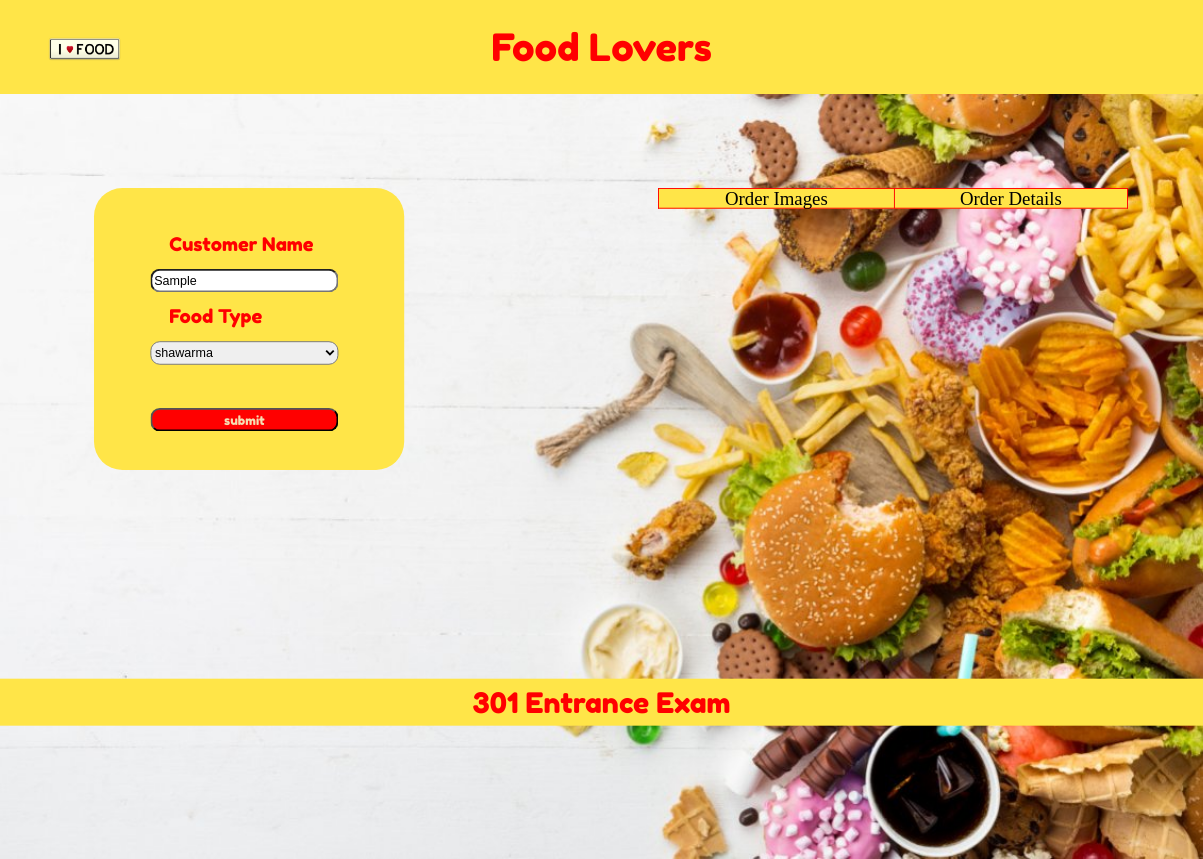
Repository: Razan-am/foodLovers
Page: index.html
An editor plug-in stored every save of this project. The page is shown before and after the next save, followed by the edit.
The browser window is 1280 px wide. The pictures show the whole page, at 94% of full size.
Empty fields were first filled with sample values (such as "Sample", 5 or name@example.com).
After loading, the first visible `#myForm` was submitted once.

Above is the page before, as saved 2021-06-01 12:32:19.

### index.html
<!DOCTYPE html>
<html lang="en">

<head>
    <meta charset="UTF-8">
    <meta http-equiv="X-UA-Compatible" content="IE=edge">
    <meta name="viewport" content="width=device-width, initial-scale=1.0">
    <title>Food Lovers</title>
    <link rel="preconnect" href="https://fonts.gstatic.com">
    <link href="https://fonts.googleapis.com/css2?family=Fredoka+One&display=swap" rel="stylesheet">
    <link rel="stylesheet" href="css/reset.css">
    <link rel="stylesheet" href="css/style.css">
</head>

<body>
    <header>
        <h1>Food Lovers</h1>
        <img src="images/css images/logo.png" alt="logo">
    </header>
    <main>
        <form action="" id="myForm">
            <fieldset>
                <label for="name">Customer Name</label>
                <br/><br/>
                <input type="text" id="name" name="name">
                <br/><br/>
                <label for="food">Food Type</label>
                <br/><br/>
                <select name="food" id="food">
                    <option value="shawarma">shawarma</option>
                    <option value="pizza">pizza</option>
                    <option value="burger">burger</option>
                </select>
                <br/><br/>
                <input type="submit" value="submit">
            </fieldset>
        </form>
        <table id="myTable">
            <tr>
                <th>Order Images</th>
                <th>Order Details</th>
            </tr>
        </table>
        <img src="images/css images/background.jpg" alt="backGround" id="main"/>
    </main>
    <footer>
        <p>301 Entrance Exam </p>
    </footer>
    <script src="js/app.js"></script>
</body>

</html>

### css/style.css
*{
    box-sizing: border-box;
}
header{
    background-color: rgba(255, 229, 72, 255);
    height: 100px;
}
h1{
    font-family: 'Fredoka One', cursive;
    color: red;
    text-align: center;
    font-size: 40px;
    font-weight: lighter;
    padding-top: 30px;
}

header img{
    top: 2px;
    left: 30px;
    position: absolute;
    width: 120px;
    height: 100px;
}
#main{
    top: 50px;
    position: absolute;
    z-index: -1;
    width: 100%;
    height: 120%;
}
form{
    display: inline-block;
    background-color:  rgba(255, 229, 72, 255);
    margin-top: 100px;
    margin-left: 100px;
    width: 330px;
    height: 300px;
    border-radius: 30px;
}
form label{
    top: 50px;
    position: relative;
    padding-left: 80px;
    font-size: 20px;
    color: red;
    font-family: 'Fredoka One', cursive;
}
form input{
    top: 50px;
    position: relative;
    margin-left: 60px;
    width: 200px;
    height: 25px;
    border-radius: 10px;
}
form select{
    top: 50px;
    position: relative;
    margin-left: 60px;
    width: 200px;
    height: 25px;
    border-radius: 10px;
    margin-bottom: 30px;
}
form input:last-of-type{
    background-color: red;
    color: wheat;
    font-family: 'Fredoka One', cursive;
}
table{
    background-color: rgba(255, 229, 72, 255) ;
    top: -300px;
    position: relative;
    margin-left: 700px;
    width: 500px;
    /* border-radius: 10px; */

}
table th{

    margin-top: 20px;
    margin-left: 30px;
    border: 1px solid red;
    font-size: 20px;
    text-align: center;

}
table td{

    border: 1px solid red;
    padding-bottom: 80px;
    background-color: rgb(238, 236, 238);
}
table img{
    width: 90px;
    height: 90px;
    z-index: 1;
    margin-top: 30px;
    margin-left: 30px;

}
table p{
    color: black;
    font-family: 'Fredoka One', cursive;
    margin-top:20px;
    margin-left: 20px;
}
footer{
    background-color: rgba(255, 229, 72, 255);
    height: 50px;
    margin-top: 200px;
}
footer p{
    text-align: center;
    color: red;
    font-size: 30px;
    padding-top: 10px;
    font-family: 'Fredoka One', cursive;
}

### js/app.js
'use strict';

let myForm = document.getElementById('myForm');
let myTable = document.getElementById('myTable');


let mainArr = [];
function Foods(userName, foodType) {
    this.userName = userName;
    this.foodType = foodType;
    this.img = `images/${foodType}.jpg`
    mainArr.push(this);
}
console.log(mainArr);

myForm.addEventListener('submit', handleEvent);
function handleEvent(event) {
    event.preventDefault();

    let userName = event.target.name.value;
    let foodType = event.target.food.value;
    console.log(foodType);
    new Foods(userName, foodType);
    setting();
    render();

}

function randomNumber(min, max) {
    min = Math.ceil(min);
    max = Math.floor(max);
    return Math.floor(Math.random() * (max - min) + min)
}

function render() {
    let tableBody = document.createElement('tbody');
    myTable.appendChild(tableBody);

    for (let index = 0; index < mainArr.length; index++) {

        let tBody = document.createElement('tr');
        tableBody.appendChild(tBody);

        tableBody.textContent = '';

        let td1 = document.createElement('td');
        tBody.appendChild(td1);

        let imgEl = document.createElement('img');
        td1.appendChild(imgEl);
        imgEl.setAttribute('src', mainArr[index].img);

        let td2 = document.createElement('td');
        tBody.appendChild(td2);

        let pEl1 = document.createElement('p');
        td2.appendChild(pEl1);
        pEl1.textContent = `Customer Name:${mainArr[index].userName}`;
        let pEl2 = document.createElement('p');
        td2.appendChild(pEl2);
        pEl2.textContent = `Food Type:${mainArr[index].foodType}`;
        let pEl3 = document.createElement('p');
        td2.appendChild(pEl3);
        pEl3.textContent = `Food Price:${randomNumber(1, 100)}`;
    }

}

function setting() {
    let data = JSON.stringify(mainArr);
    localStorage.setItem('information', data);
}

function getting() {
    let stringObj = localStorage.getItem('information');
    let normalObj = JSON.parse(stringObj);
    console.log(stringObj);
    console.log(normalObj);
    if (normalObj !== null) {
        mainArr = normalObj;
    }
    console.log(mainArr);
    render();
}
getting();

Loaded but not shown: css/reset.css (common file)

After the next save:
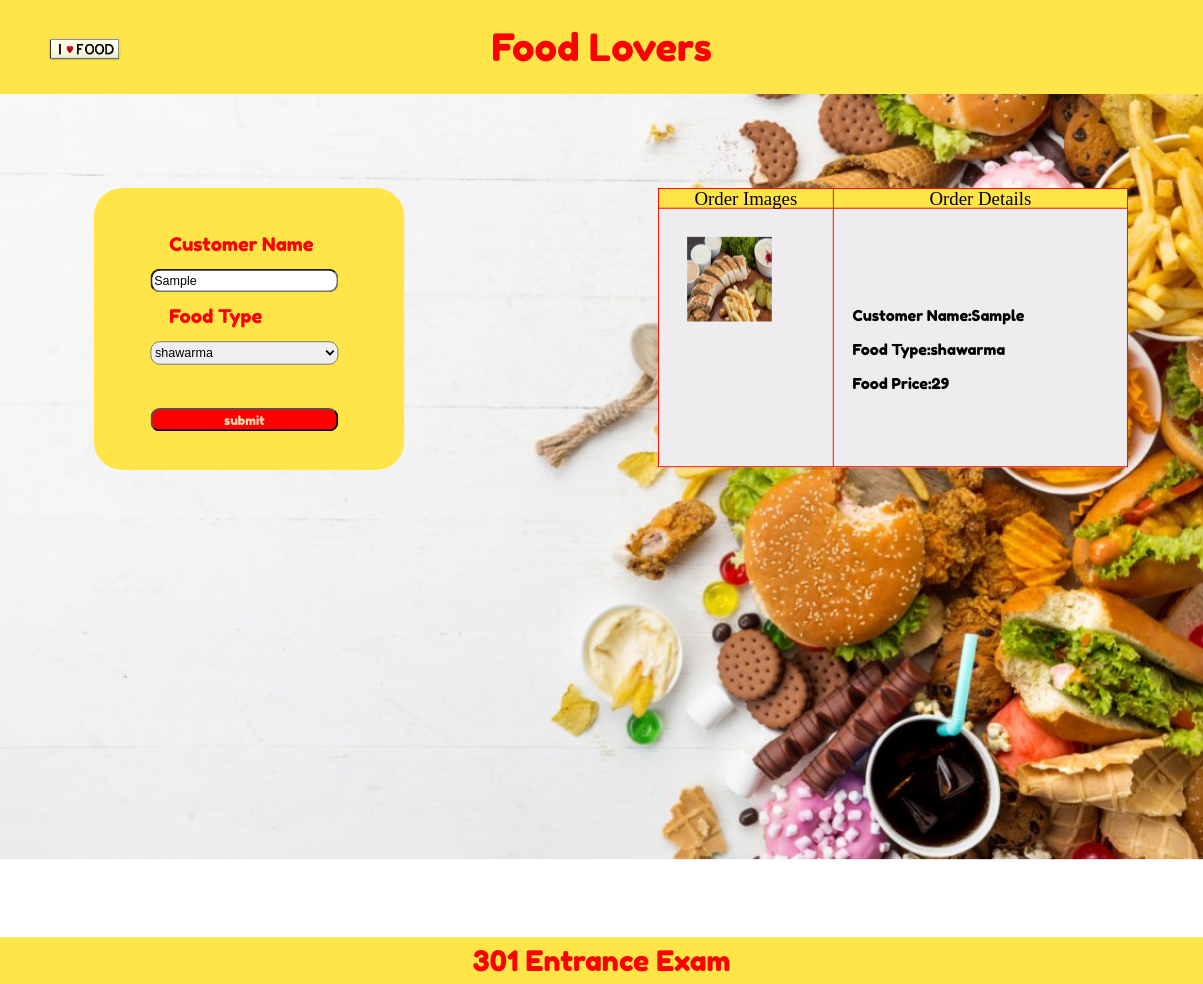
Saved 11 s later.
--- a/js/app.js
+++ b/js/app.js
@@ -36,12 +36,12 @@ function render() {
     let tableBody = document.createElement('tbody');
     myTable.appendChild(tableBody);
 
+    tableBody.textContent = '';
     for (let index = 0; index < mainArr.length; index++) {
 
         let tBody = document.createElement('tr');
         tableBody.appendChild(tBody);
 
-        tableBody.textContent = '';
 
         let td1 = document.createElement('td');
         tBody.appendChild(td1);
